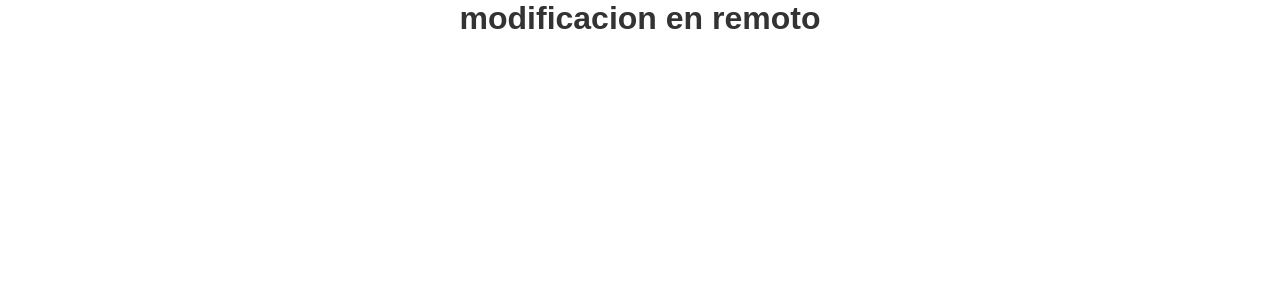
Repository: Sergio9999/ejercicio2
Page: ejercicio2/sitio.html
An editor plug-in stored every save of this project. The page is shown before and after the next save, followed by the edit.
The browser window is 1280 px wide. The pictures show the whole page.

Above is the page before, as saved 2023-11-22 18:01:10.

After the next save:
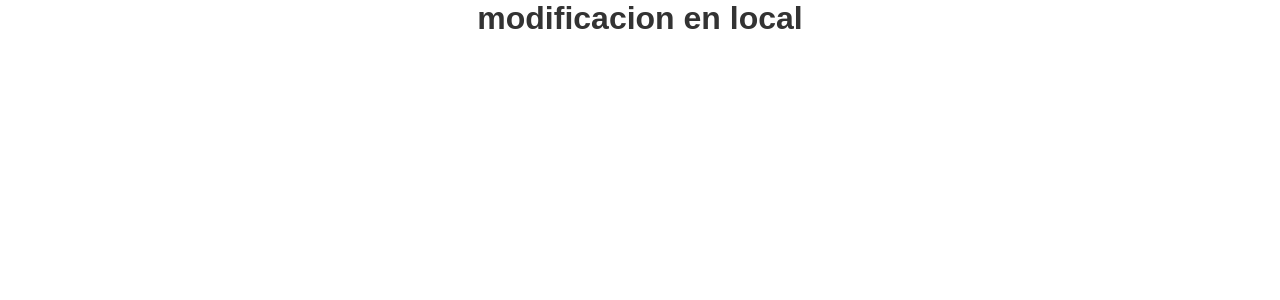
Saved 28 min 51 s later.
--- a/ejercicio2/sitio.html
+++ b/ejercicio2/sitio.html
@@ -4,6 +4,8 @@
         <link rel="stylesheet" href="css/estilos.css" />
     </head>
     <body>
-        <h1>modificacion en remoto</h1>
+        <h1>modificacion en local
+
+        </h1>
     </body>
 </html>
